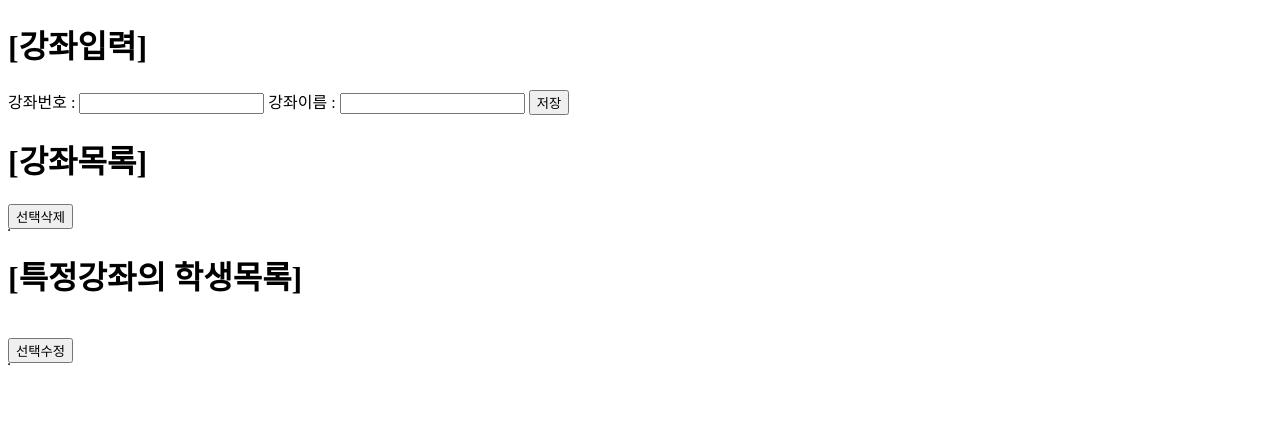
Repository: whwlsghkstm/html
Page: Ex0508/WebContent/clist.html
The author's editor kept a copy of each file at every save. The page is drawn from the files as they stood at one save, then again after the next save.
The browser window is 1280 px wide. The pictures show the whole page.
Some web libraries are served in a nearby version.

Above is the page before, as saved 2020-05-08 07:12:58.

After the next save:
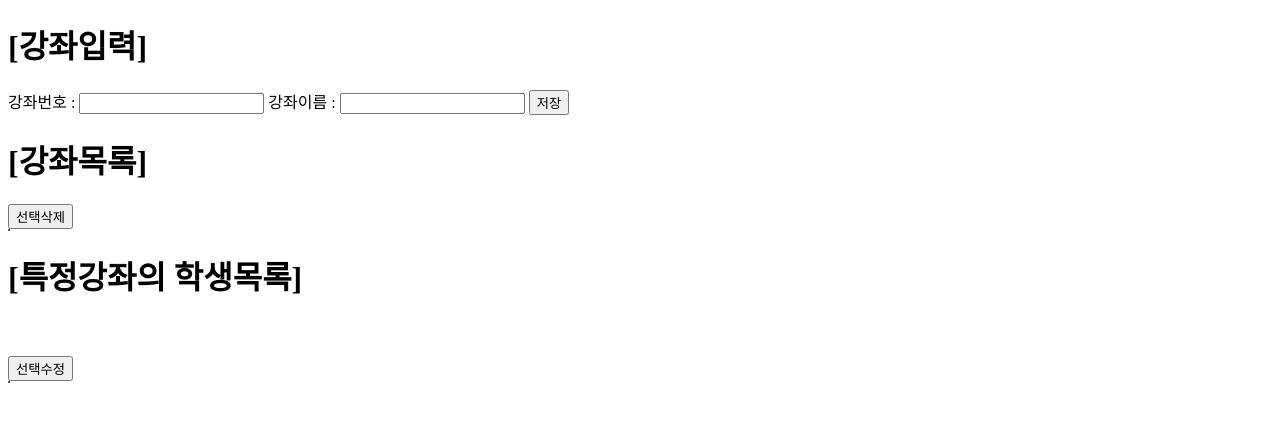
Saved 11 s later.
--- a/Ex0508/WebContent/clist.html
+++ b/Ex0508/WebContent/clist.html
@@ -37,7 +37,7 @@
 
 	<h1>[특정강좌의 학생목록]</h1>
 	<span id="total"></span>
-	<span id="average"></span><br>
+	<span id="average"></span><br><br>
 	<input type="button" id="btnUpdate" value="선택수정">
 	<table id="tab1" border=1></table>
 	<script id="temp1" type="text/x-handlebars-template">
